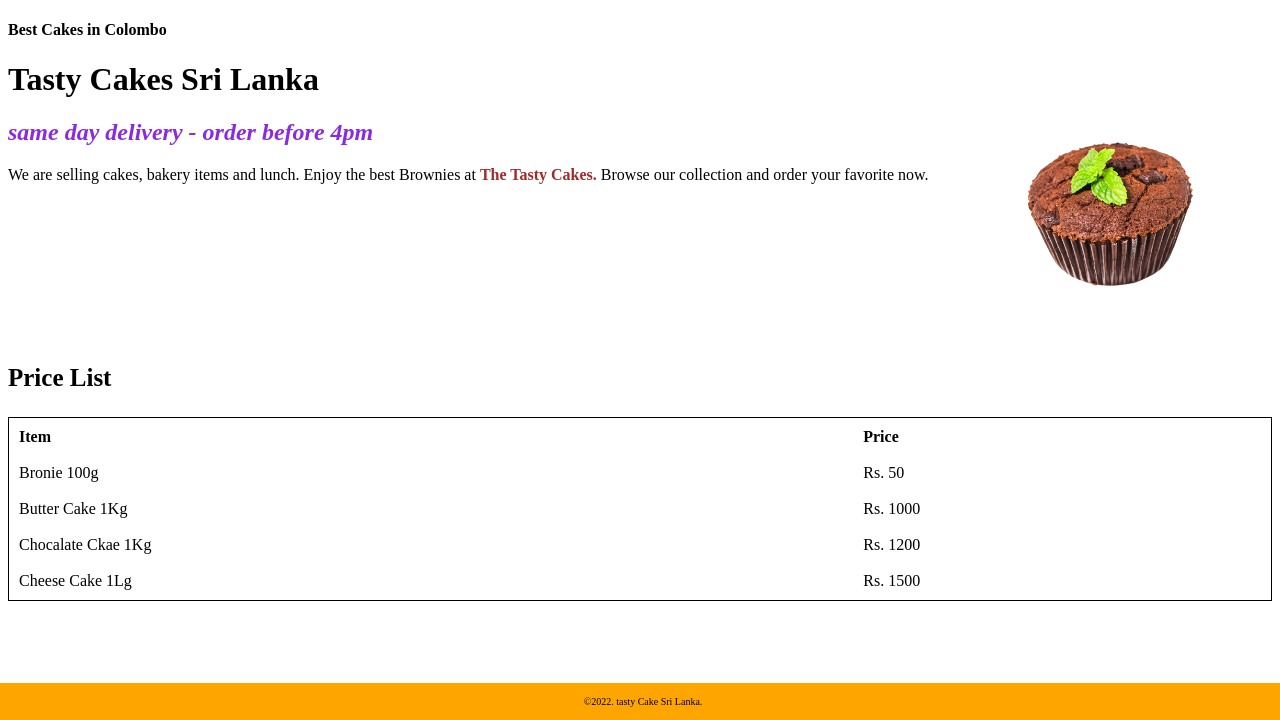
Repository: DhananjayaLakshan/Uom-Web_Design_For_Beginners
Page: work01/index.html
An editor plug-in stored every save of this project. The page is shown before and after the next save, followed by the edit.
The browser window is 1280 px wide. The pictures show the whole page.

Above is the page before, as saved 2023-11-24 18:48:40.

After the next save:
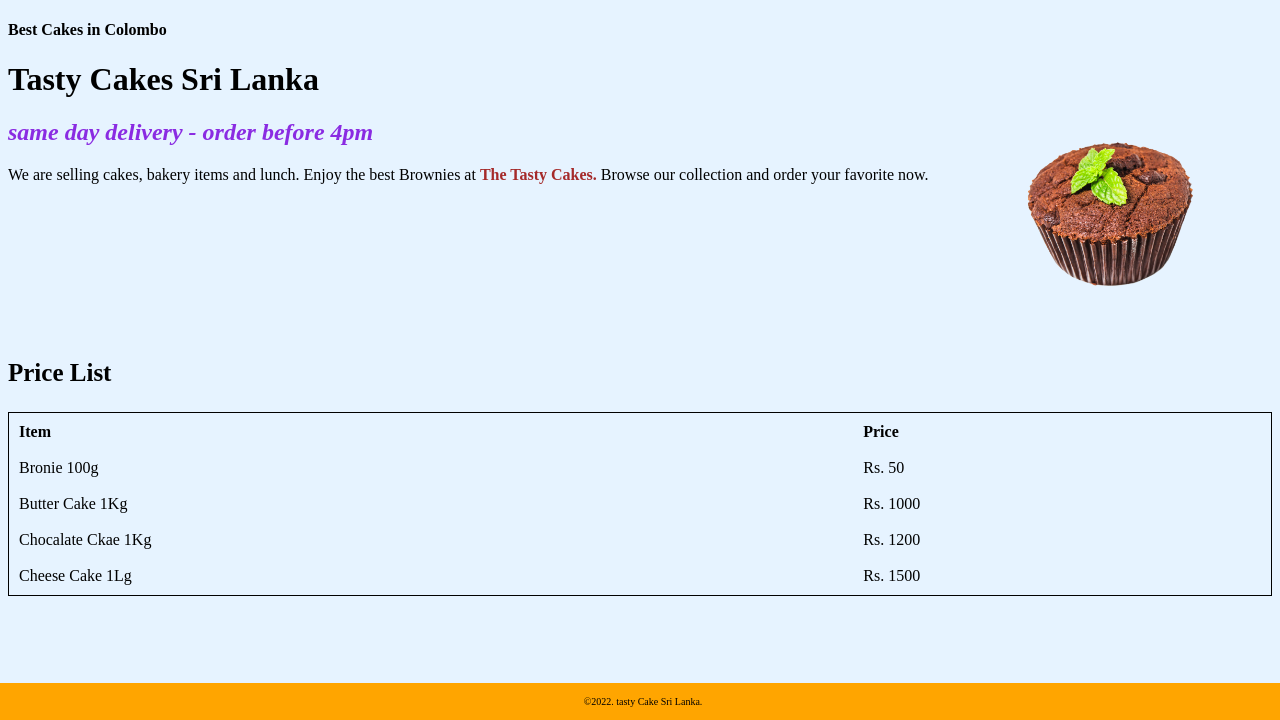
Saved 7 min 54 s later.
--- a/work01/styles.css
+++ b/work01/styles.css
@@ -1,3 +1,8 @@
+body{
+    background-color:#e6f3ff;
+    padding: ;
+}
+
 .tagline{
     color: blueviolet;
     font-style: italic;
@@ -9,7 +14,7 @@ img{
 }
 
 .pricetopic{
-    margin-top: 180px;
+    padding-top: 150px;
     font-size: 25px;
     font-weight: bold;
 }
